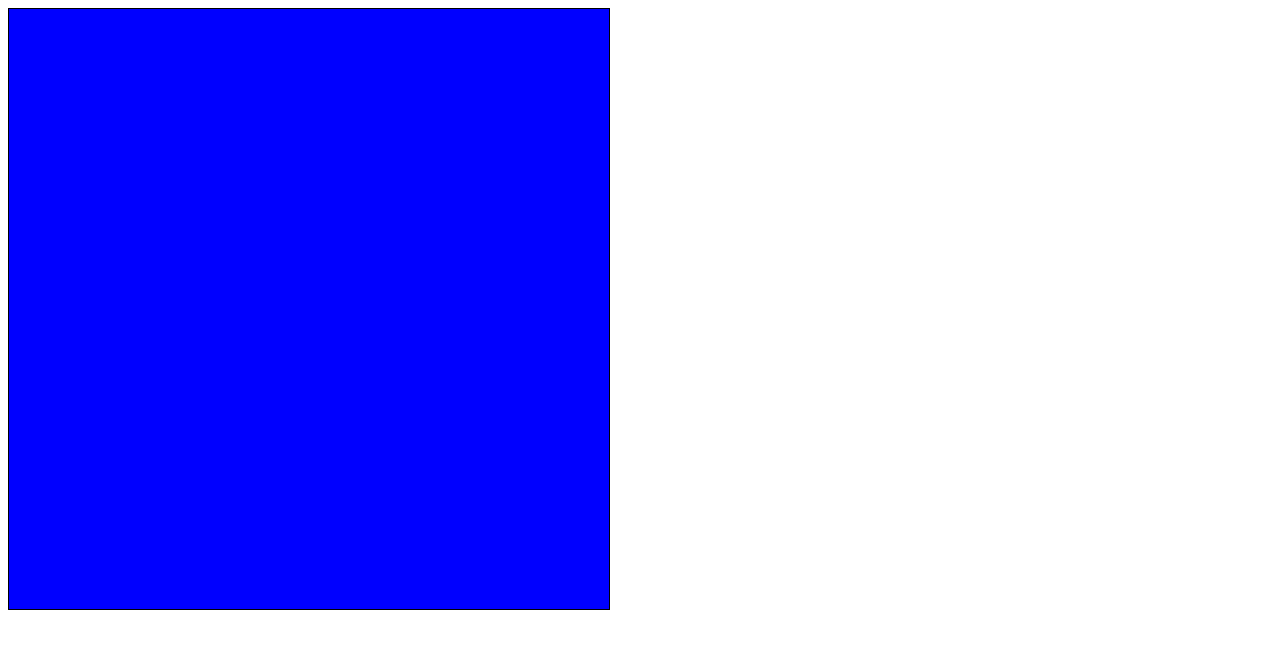
Repository: melon-husk/snakeGame
Page: index2.html
An editor plug-in stored every save of this project. The page is shown before and after the next save, followed by the edit.
The browser window is 1280 px wide. The pictures show the whole page.

Above is the page before, as saved 2020-05-23 01:54:36.

### index2.html


<html>
    <head>
        <title>Snake Game Exploit tail by Zer00s </title>
        <style>
            canvas{
                display: block;
                margin: 0 auto;
            }
        </style>
    </head>
    <div id="gameBox" style="margin: 0px;"></div>
    <script src="script.js"></script>
</html>

### script.js
const boxWidth = 600;
const boxHeight = 600;
const elementsX = 50;
const elementsY = 50;
const elementWidth = Math.floor(boxWidth / elementsX);
const elementHeight = Math.floor(boxHeight / elementsY);
const boxXelements = Math.floor(boxWidth / elementWidth);
const boxYelements = Math.floor(boxHeight / elementHeight);
const boxEnemyCount = 5;
const boxFriendCount = 10;
const backGroundColor = "red";
var cvs = document.createElement('canvas');

cvs.id = "gameCanvas";
cvs.width = boxWidth;
cvs.height = boxHeight;
cvs.style.border = "1px solid";
cvs.style.display = "block";
cvs.style.margin = "0px 0px 0px 0px"; // cvs.style.margin = "0 auto";
cvs.style.background = backGroundColor;
cvs.style.padding = "0px";
var body = document.getElementById("gameBox");
body.appendChild(cvs);

const ctx = cvs.getContext("2d");


const friendImg = new Image();
friendImg.src = "friend.png";
const enemyImg = new Image();
enemyImg.src = "enemy.png";

let snake = [];

snake[0] = {
    x : elementWidth*(boxXelements/2),
    y : elementHeight*(boxYelements/2)
};

function getNewElement(){
    return{
        x : Math.floor(Math.random()*boxXelements)* elementWidth,
        y : Math.floor(Math.random()*boxYelements)*elementHeight
    };
}
// create the friend
let friends= [];
for(let i = 0; i < boxFriendCount; i++){
    friends.push( getNewElement());
}
// create the enemy

let enemy = getNewElement();

// create the score var

let score = 0;

//control the snake

let d;

document.addEventListener("keydown",direction);

function direction(event){
    let key = event.keyCode;
    if( key == 37 && d != "RIGHT"){
        d = "LEFT";
    }else if(key == 38 && d != "DOWN"){
        d = "UP";
    }else if(key == 39 && d != "LEFT"){
        d = "RIGHT";
    }else if(key == 40 && d != "UP"){
        d = "DOWN";
    }
    return d;
}

// cheack collision function
function collision(head,array){
    for(let i = 0; i < array.length; i++){
        if(head.x == array[i].x && head.y == array[i].y){
            return true;
        }
    }
    return false;
}

// draw everything to the canvas
const enemies=3;
function drawSnakeMovement(snakeArr){
    let snakeTail = snakeArr[snakeArr.length-1];
    let snakeHead = snakeArr[0];
    // Remove tail
    ctx.fillStyle = "blue";
    ctx.fillRect(snakeTail.x, snakeTail.y, elementWidth, elementHeight);
    // Draw new snake head
    ctx.fillStyle = "green";
    ctx.fillRect(snakeHead.x,snakeHead.y,elementWidth,elementHeight);
    // Set Border
  //  ctx.strokeStyle = "red";
 //   ctx.strokeRect(snakeHead.x,snakeHead.y,elementWidth,elementHeight);
}

function drawaa(){
    if( d == "LEFT") snakeX -= elementWidth;
    if( d == "UP") snakeY -= elementHeight;
    if( d == "RIGHT") snakeX += elementWidth;
    if( d == "DOWN") snakeY += elementHeight;
    if( d == "A") snakeX -= elementWidth;
    if( d == "W") snakeY -= elementHeight;
    if( d == "D") snakeX += elementWidth;
    if( d == "S") snakeY += elementHeight;
}
function initialCanvasDraw(){
    ctx.fillStyle = "blue";
    ctx.fillRect(0, 0, boxWidth, boxHeight);

    for( let i = 0; i < friends.length ; i++){
       ctx.drawImage(friendImg, friends[i].x, friends[i].y,elementWidth,elementHeight);
    }

    ctx.drawImage(enemyImg, enemy.x, enemy.y,elementWidth,elementHeight);
}

function redraw(recursive=false,isFriend=null){
    // old head position
    let snakeX = snake[0].x;
    let snakeY = snake[0].y;
    initialCanvasDraw();
    //ctx.fillStyle = backGroundColor;
    //ctx.fillRect(0, 0, boxWidth, boxHeight);

    for( let i = 0; i < snake.length ; i++){
        ctx.fillStyle = ( i == 0 )? "green" : "white";
        ctx.fillRect(snake[i].x,snake[i].y,elementWidth,elementHeight);

        //ctx.strokeStyle = "red";
        //ctx.strokeRect(snake[i].x,snake[i].y,elementWidth,elementHeight);
    }

    //drawSnakeMovement(snake);

    /*for( let i = 0; i < friends.length ; i++){
        ctx.drawImage(friendImg, friends[i].x, friends[i].y,elementWidth,elementHeight);
    }*/

    //ctx.drawImage(enemyImg, enemy.x, enemy.y,elementWidth,elementHeight);


    // which direction
    if( d == "LEFT") snakeX -= elementWidth;
    if( d == "UP") snakeY -= elementHeight;
    if( d == "RIGHT") snakeX += elementWidth;
    if( d == "DOWN") snakeY += elementHeight;
    if( d == "A") snakeX -= elementWidth;
    if( d == "W") snakeY -= elementHeight;
    if( d == "D") snakeX += elementWidth;
    if( d == "S") snakeY += elementHeight;
    let foundfriend = false;
    let foundenemy= false;
    // if the snake eats the friend
    if( collision({x:snakeX,y:snakeY},friends)){
        score=score+1;
        //friends.push(friend);
        let friend = getNewElement();
        friends.push(friend);
        foundfriend=true;
        // we don't remove the tail
    }
    // if the snake eats the enemy
    else if(snakeX == enemy.x && snakeY == enemy.y){ // Check Enemies vector for current position
        score=score-1;

        enemy =getNewElement();

        foundenemy=true;
        snake.pop();
        snake.pop();

        // we don't remove the tail
    }else{
        if(!recursive && isFriend == null){
            snake.pop();
    }   else if(recursive && !isFriend){
            snake.pop();

        }
    }

    // add new Head

    let newHead = {
        x : snakeX,
        y : snakeY
    }

    // game over
    //console.log(snakeY);
    if(snakeX < 0 || snakeX >= boxWidth|| snakeY < 0|| snakeY >= boxHeight || collision(newHead,snake)){


        console.log(newHead);
        clearInterval(game);
        return;
    }

    snake.unshift(newHead);

    if(foundfriend){
           redraw(true,true);
    }else if(foundenemy){
            redraw(true,false);
    }

    // Create grid

   /*

   for (i = 0; i < boxWidth; i += elementWidth) {
        ctx.moveTo(0, i);
        ctx.lineTo(boxWidth, i);
        ctx.stroke();
    }

    for (i = 0; i <boxHeight; i += elementHeight) {
        ctx.moveTo(i, 0);
        ctx.lineTo(i,boxHeight);
        ctx.stroke();
    }

    */
}

// call draw function every 100 ms
initialCanvasDraw(ctx,friendImg,enemyImg);
//let game = setInterval(redraw,100);

After the next save:
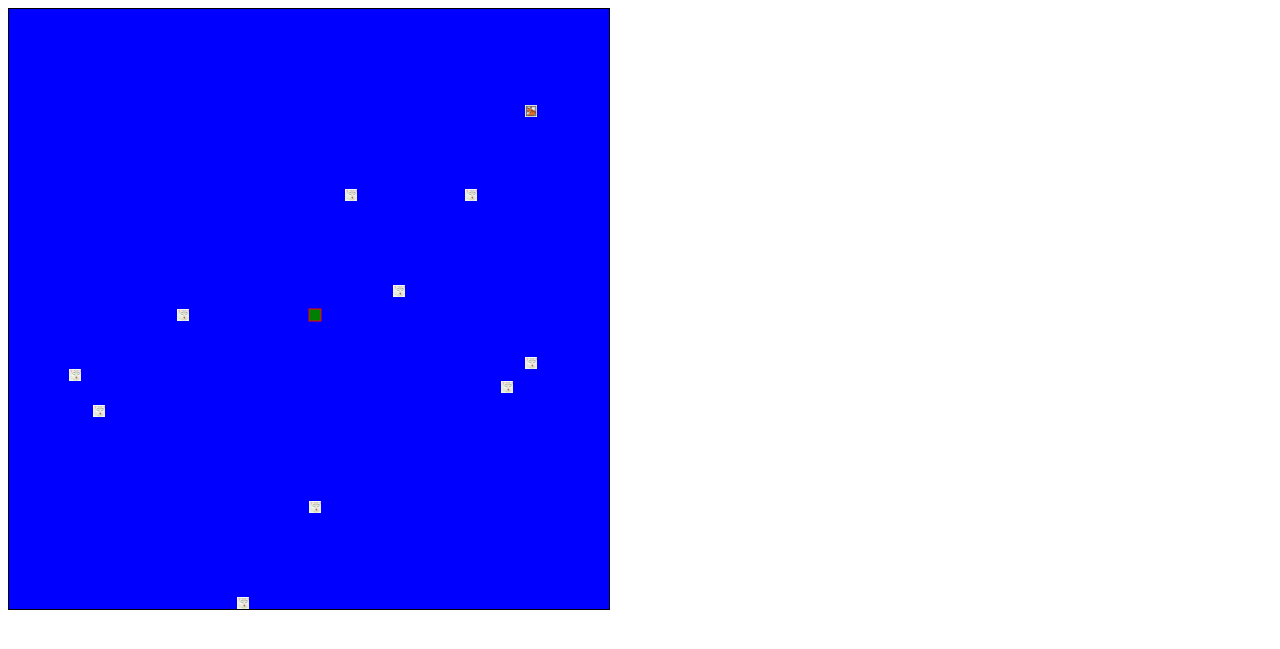
Saved 3 min 17 s later.
--- a/script.js
+++ b/script.js
@@ -135,8 +135,8 @@
         ctx.fillStyle = ( i == 0 )? "green" : "white";
         ctx.fillRect(snake[i].x,snake[i].y,elementWidth,elementHeight);
 
-        //ctx.strokeStyle = "red";
-        //ctx.strokeRect(snake[i].x,snake[i].y,elementWidth,elementHeight);
+        ctx.strokeStyle = "red";
+        ctx.strokeRect(snake[i].x,snake[i].y,elementWidth,elementHeight);
     }
 
     //drawSnakeMovement(snake);
@@ -233,5 +233,5 @@
 }
 
 // call draw function every 100 ms
-initialCanvasDraw(ctx,friendImg,enemyImg);
-//let game = setInterval(redraw,100);
+//initialCanvasDraw(ctx,friendImg,enemyImg);
+let game = setInterval(redraw,100);
